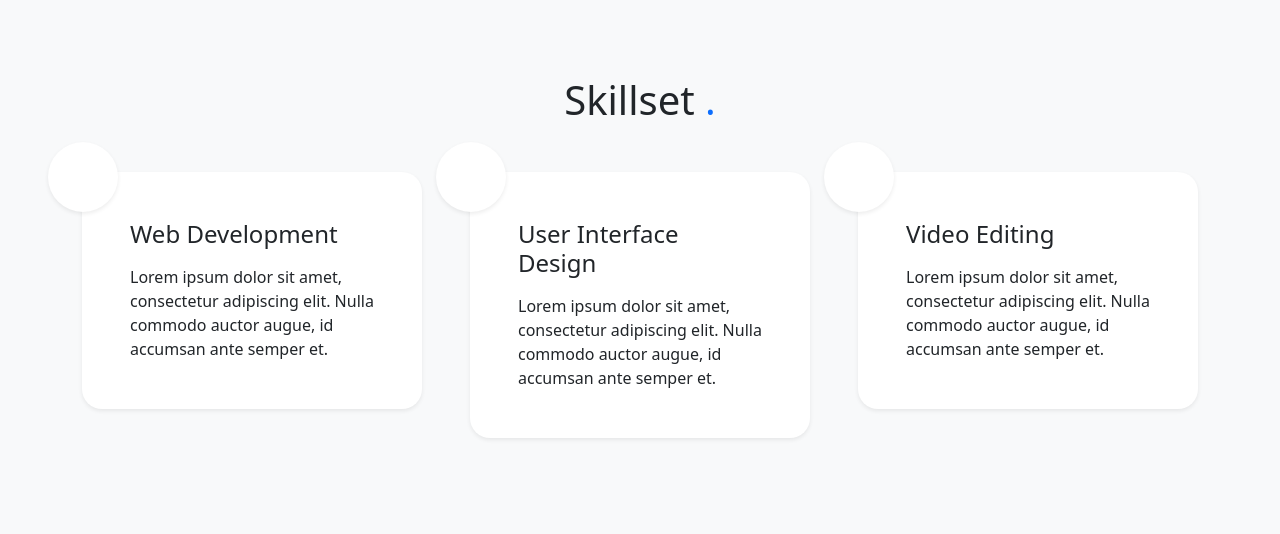
Repository: AcoGlezRojo/AcoGlezRojo.github.io
Page: docs/index.html
These files come from the project's save history. The page is drawn as it stood at one moment and after the next save; the edit follows.
The browser window is 1280 px wide. The pictures show the part of the page from y = 628 to 1178 px (the page is 1162 px tall before and 1178 px after).
A picture or video elsewhere on the page could not be fetched, so the positions and the page height are approximate.

Above is the page before, as saved 2023-06-28 21:39:21.

### docs/index.html
<!DOCTYPE html>
<html lang="es">

<head>
    <meta charset="UTF-8">
    <meta name="viewport" content="width=device-width, initial-scale=1.0">
    <title>Portfolio | Acoidán González</title>

    <!-- bootstrap -->
    <link href="css/bootstrap.min.css" rel="stylesheet">
    <!-- Custom styles for this template -->
    <link href="https://fonts.googleapis.com/css?family=Playfair&#43;Display:700,900&amp;display=swap" rel="stylesheet">
    <!-- Custom styles for this template -->
    <link href="css/styles.css" rel="stylesheet">
</head>

<body>

    <nav class="navbar navbar-expand-lg navbar-dark bg-dark fixed-top" aria-label="Fifth navbar example">
        <div class="container">
            <a class="navbar-brand text-uppercase fw-bold" href="#">Sitename</a>
            <button class="navbar-toggler" type="button" data-bs-toggle="collapse" data-bs-target="#navbarsExample05"
                aria-controls="navbarsExample05" aria-expanded="false" aria-label="Toggle navigation">
                <span class="navbar-toggler-icon"></span>
            </button>

            <div class="collapse navbar-collapse" id="navbarsExample05">
                <ul class="navbar-nav ms-auto mb-2 mb-lg-0">
                    <li class="nav-item">
                        <a class="nav-link active" aria-current="page" href="#">Home</a>
                    </li>
                    <li class="nav-item">
                        <a class="nav-link" href="#">Link</a>
                    </li>
                    <li class="nav-item">
                        <a class="nav-link disabled">Disabled</a>
                    </li>
                    <li class="nav-item dropdown">
                        <a class="nav-link dropdown-toggle" href="#" data-bs-toggle="dropdown"
                            aria-expanded="false">Dropdown</a>
                        <ul class="dropdown-menu">
                            <li><a class="dropdown-item" href="#">Action</a></li>
                            <li><a class="dropdown-item" href="#">Another action</a></li>
                            <li><a class="dropdown-item" href="#">Something else here</a></li>
                        </ul>
                    </li>
                </ul>
            </div>
        </div>
    </nav>

    <header class="header pt-5">
        <div class="container pt-5">
            <div class="row pt-5">
                <div class="col-lg-6 col-12 mx-auto text-center text-white">
                    <h1 class="fw-bold">
                        I'am Kevin Pietersen
                    </h1>
                    <p class="lead mb-5">
                        Designer & Maker with curiosity and passion for simplicity, with 18 years of
                        experience.
                    </p>
                </div>
            </div>
            <div class="row">
                <div class="col-lg-5 col-12 mx-auto text-center">
                    <img src="https://annedece.sirv.com/Images/profile-image.png" class="img-fluid">
                </div>
            </div>
        </div>
    </header>

    <main>
        <section>
            <div class="bg-light pt-5" id="skillset">
                <div class="container pb-5">
                    <div class="row gx-5 py-5">
                        <div class="col-12 text-center">
                            <h2 class="h1 font-weight-bold mb-5">
                                Skillset <span class="text-primary hh">.</span>
                            </h2>
                        </div>
                        <div class="col-lg-4 col-12 position-relative">
                            <div class="tt shadow-sm">
                                <i class="lni lni-code"></i>
                            </div>
                            <div class="p-5 shadow-sm border-radius-20 bg-white">
                                <h4 class="font-weight-bold mb-3">Web Development</h4>
                                <p class="m-0">
                                    Lorem ipsum dolor sit amet, consectetur adipiscing elit. Nulla commodo auctor
                                    augue, id accumsan ante semper et.
                                </p>
                            </div>
                        </div>
                        <div class="col-lg-4 col-12 position-relative">
                            <div class="tt shadow-sm">
                                <i class="lni lni-select"></i>
                            </div>
                            <div class="p-5 shadow-sm border-radius-20 bg-white">
                                <h4 class="font-weight-bold mb-3">User Interface Design</h4>
                                <p class="m-0">
                                    Lorem ipsum dolor sit amet, consectetur adipiscing elit. Nulla commodo auctor
                                    augue, id accumsan ante semper et.
                                </p>
                            </div>
                        </div>
                        <div class="col-lg-4 col-12 position-relative">
                            <div class="tt shadow-sm">
                                <i class="lni lni-video"></i>
                            </div>
                            <div class="p-5 shadow-sm border-radius-20 bg-white">
                                <h4 class="font-weight-bold mb-3">Video Editing</h4>
                                <p class="m-0">Lorem ipsum dolor sit amet, consectetur adipiscing elit. Nulla commodo
                                    auctor
                                    augue, id accumsan ante semper et. </p>
                            </div>
                        </div>
                    </div>
                </div>
            </div>
        </section>
    </main>

    <!-- bootstrap -->
    <script src="js/bootstrap.bundle.min.js"></script>
    <script src="js/color-modes.js"></script>
</body>

</html>

### docs/css/styles.css
.header {
    background: url(https://annedece.sirv.com/Images/Wave-10s-1920px.png) no-repeat center top;
}

.tt {
    top: -30px;
    left: -10px;
    position: absolute;
    background-color: #FFF;
    border-radius: 100%;
    width: 70px;
    height: 70px;
    display: flex;
    align-items: center;
    justify-content: center;
}

.tt i {
    font-size: 26px;
    margin: 0;
    padding: 0;
    line-height: 0;
}

.border-radius-20 {
    border-radius: 20px;
}

### docs/js/color-modes.js
/*!
 * Color mode toggler for Bootstrap's docs (https://getbootstrap.com/)
 * Copyright 2011-2023 The Bootstrap Authors
 * Licensed under the Creative Commons Attribution 3.0 Unported License.
 */

(() => {
  'use strict'

  const getStoredTheme = () => localStorage.getItem('theme')
  const setStoredTheme = theme => localStorage.setItem('theme', theme)

  const getPreferredTheme = () => {
    const storedTheme = getStoredTheme()
    if (storedTheme) {
      return storedTheme
    }

    return window.matchMedia('(prefers-color-scheme: dark)').matches ? 'dark' : 'light'
  }

  const setTheme = theme => {
    if (theme === 'auto' && window.matchMedia('(prefers-color-scheme: dark)').matches) {
      document.documentElement.setAttribute('data-bs-theme', 'dark')
    } else {
      document.documentElement.setAttribute('data-bs-theme', theme)
    }
  }

  setTheme(getPreferredTheme())

  const showActiveTheme = (theme, focus = false) => {
    const themeSwitcher = document.querySelector('#bd-theme')

    if (!themeSwitcher) {
      return
    }

    const themeSwitcherText = document.querySelector('#bd-theme-text')
    const activeThemeIcon = document.querySelector('.theme-icon-active use')
    const btnToActive = document.querySelector(`[data-bs-theme-value="${theme}"]`)
    const svgOfActiveBtn = btnToActive.querySelector('svg use').getAttribute('href')

    document.querySelectorAll('[data-bs-theme-value]').forEach(element => {
      element.classList.remove('active')
      element.setAttribute('aria-pressed', 'false')
    })

    btnToActive.classList.add('active')
    btnToActive.setAttribute('aria-pressed', 'true')
    activeThemeIcon.setAttribute('href', svgOfActiveBtn)
    const themeSwitcherLabel = `${themeSwitcherText.textContent} (${btnToActive.dataset.bsThemeValue})`
    themeSwitcher.setAttribute('aria-label', themeSwitcherLabel)

    if (focus) {
      themeSwitcher.focus()
    }
  }

  window.matchMedia('(prefers-color-scheme: dark)').addEventListener('change', () => {
    const storedTheme = getStoredTheme()
    if (storedTheme !== 'light' && storedTheme !== 'dark') {
      setTheme(getPreferredTheme())
    }
  })

  window.addEventListener('DOMContentLoaded', () => {
    showActiveTheme(getPreferredTheme())

    document.querySelectorAll('[data-bs-theme-value]')
      .forEach(toggle => {
        toggle.addEventListener('click', () => {
          const theme = toggle.getAttribute('data-bs-theme-value')
          setStoredTheme(theme)
          setTheme(theme)
          showActiveTheme(theme, true)
        })
      })
  })
})()

Loaded but not shown: docs/css/bootstrap.min.css (library); docs/js/bootstrap.bundle.min.js (library)

After the next save:
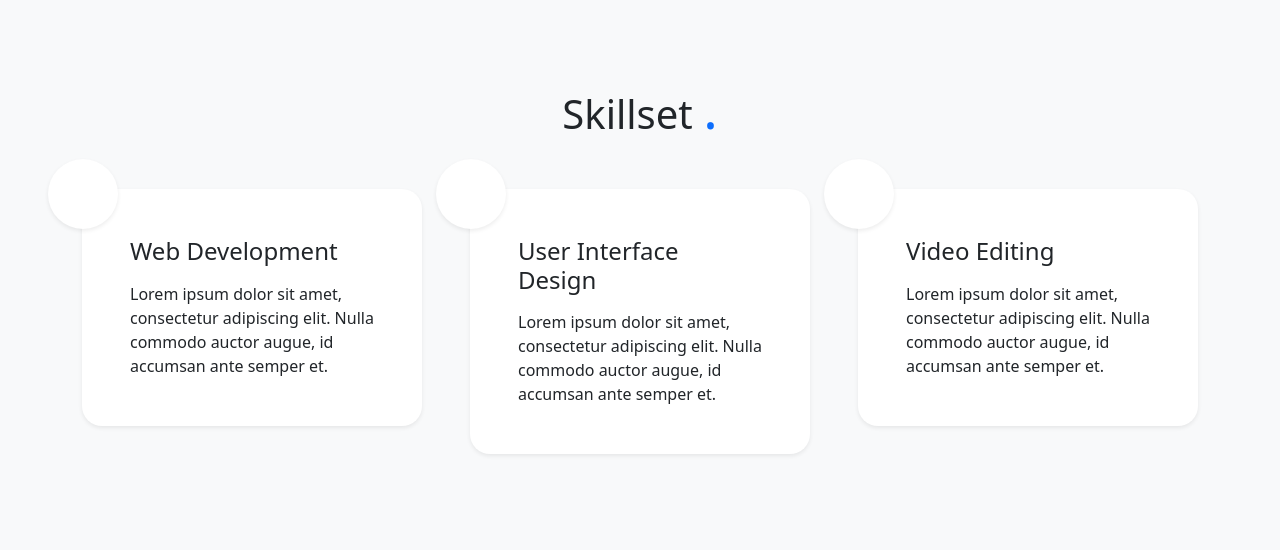
Saved 51 s later.
--- a/docs/css/styles.css
+++ b/docs/css/styles.css
@@ -25,3 +25,33 @@
 .border-radius-20 {
     border-radius: 20px;
 }
+
+.ll i {
+    font-size: 26px;
+}
+
+.kk {
+    background-color: #FFF;
+    border-radius: 100%;
+    width: 50px;
+    height: 50px;
+    display: flex;
+    align-items: center;
+    justify-content: center;
+    margin-bottom: 15px;
+}
+
+.kk i {
+    font-size: 16px;
+    margin: 0;
+    padding: 0;
+    line-height: 0;
+}
+
+.hh {
+    font-size: 54px;
+}
+
+.vv {
+    transition: all 0.3s ease;
+}

After the 6 saves that followed:
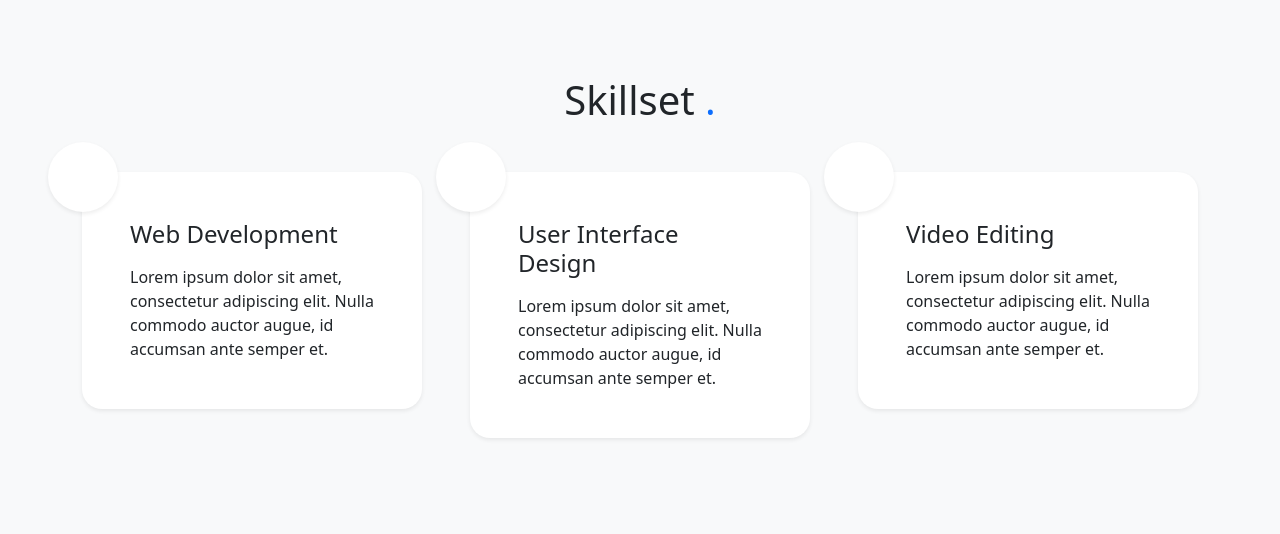
The 6 saves are shown as one change because 3 left the picture as it was and some came seconds apart.
The last was saved 94 s later.
--- a/docs/css/styles.css
+++ b/docs/css/styles.css
@@ -25,33 +25,3 @@
 .border-radius-20 {
     border-radius: 20px;
 }
-
-.ll i {
-    font-size: 26px;
-}
-
-.kk {
-    background-color: #FFF;
-    border-radius: 100%;
-    width: 50px;
-    height: 50px;
-    display: flex;
-    align-items: center;
-    justify-content: center;
-    margin-bottom: 15px;
-}
-
-.kk i {
-    font-size: 16px;
-    margin: 0;
-    padding: 0;
-    line-height: 0;
-}
-
-.hh {
-    font-size: 54px;
-}
-
-.vv {
-    transition: all 0.3s ease;
-}
